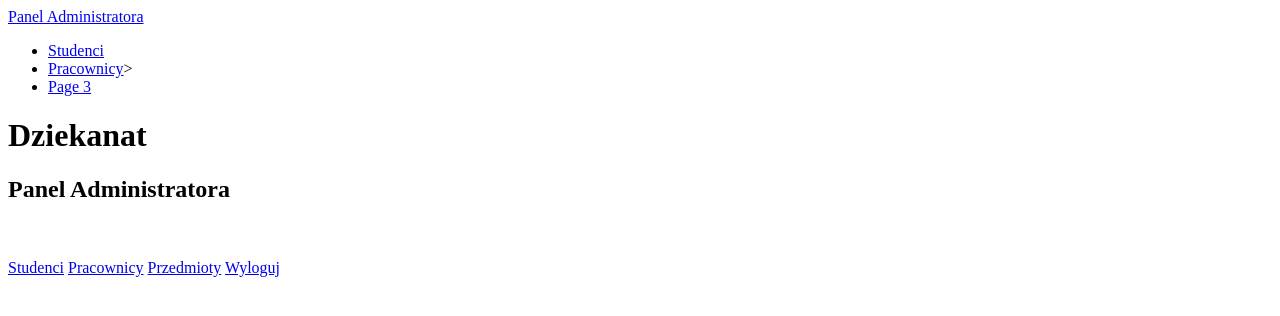
Repository: wojciechDrozd/php
Page: http://localhost/adminMenuBar.php
These files come from the project's save history. The page is drawn as it stood at one moment and after the next save; the edit follows.
The browser window is 1280 px wide. The pictures show the whole page.
The page is run by PHP 8.4 with error messages shown; the project is at /var/www/html/.

Above is the page before, as saved 2017-04-12 21:22:08.

After the next save:
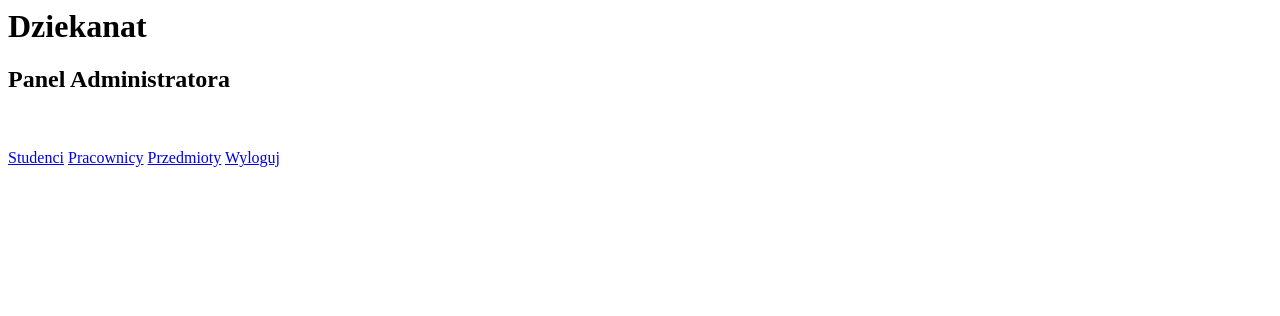
Saved 38 s later.
--- a/1/CRUDexample/adminMenuBar.php
+++ b/1/CRUDexample/adminMenuBar.php
@@ -1,15 +1,3 @@
-<nav class="navbar navbar-default">
-  <div class="container-fluid">
-    <div class="navbar-header">
-      <a class="navbar-brand" href="#">Panel Administratora</a>
-    </div>
-    <ul class="nav navbar-nav">
-      <li><a href="studentsTable.php"">Studenci</a></li>
-      <li><a href="teachersTable.php">Pracownicy</a>></li>
-      <li><a href="#">Page 3</a></li>
-    </ul>
-  </div>
-</nav>
 
 
 <div class="container">
